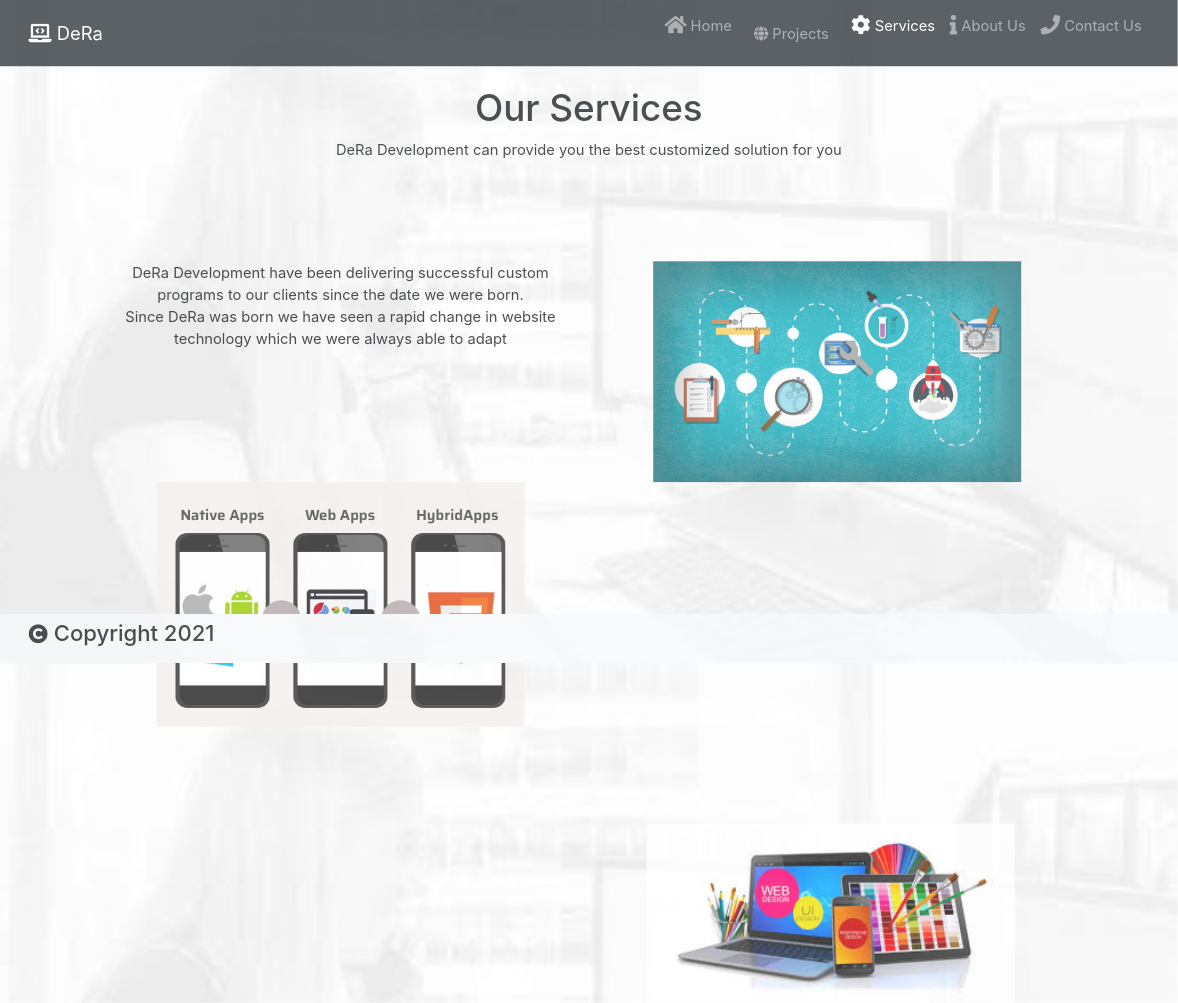
Repository: deividwsantoss/web6201-Lab1
Page: services.html
The author's editor kept a copy of each file at every save. The page is drawn from the files as they stood at one save, then again after the next save.
The browser window is 1280 px wide. The pictures show the whole page, at 92% of full size.

Above is the page before, as saved 2021-02-04 11:58:57.
Console error: TypeError: Cannot set properties of null (setting 'innerHTML')

After the next save:
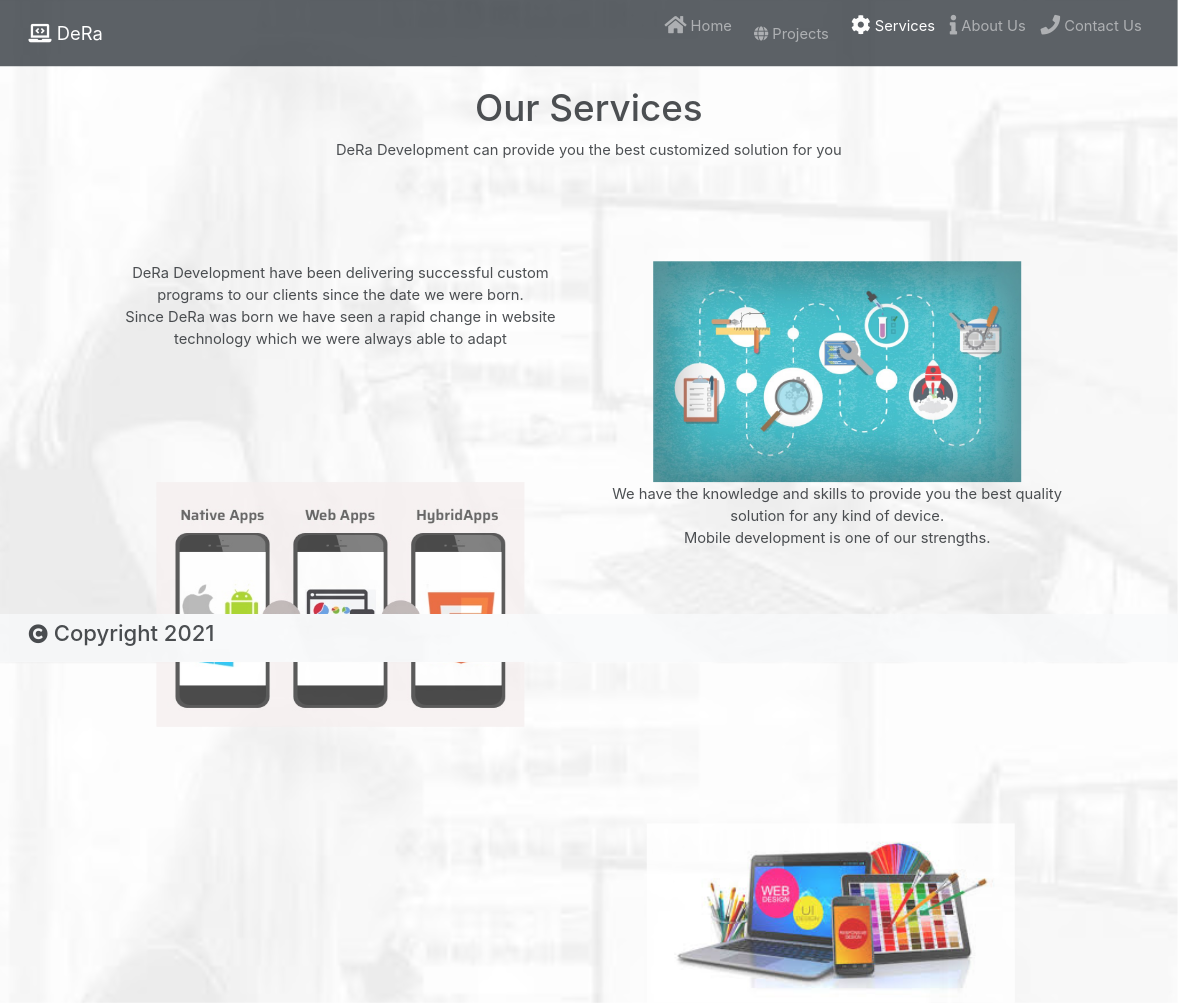
Saved 32 s later.
--- a/Scripts/app.js
+++ b/Scripts/app.js
@@ -84,7 +84,7 @@
 
         //mobile text
 
-        mobileParagraphText = "We have the knowledge and skills to provide you the best quality solution for any kind of device. \nMobile development is one of our strengths.";
+        let mobileParagraphText = "We have the knowledge and skills to provide you the best quality solution for any kind of device. \nMobile development is one of our strengths.";
 
         //let mobileParagraphText = "We have the knowledge and skills to provide you the best quality solution for any kind of device. \nMobile development is one of our strengths.";
         let mobileParagraphElement = document.getElementById("mobileInfo");
